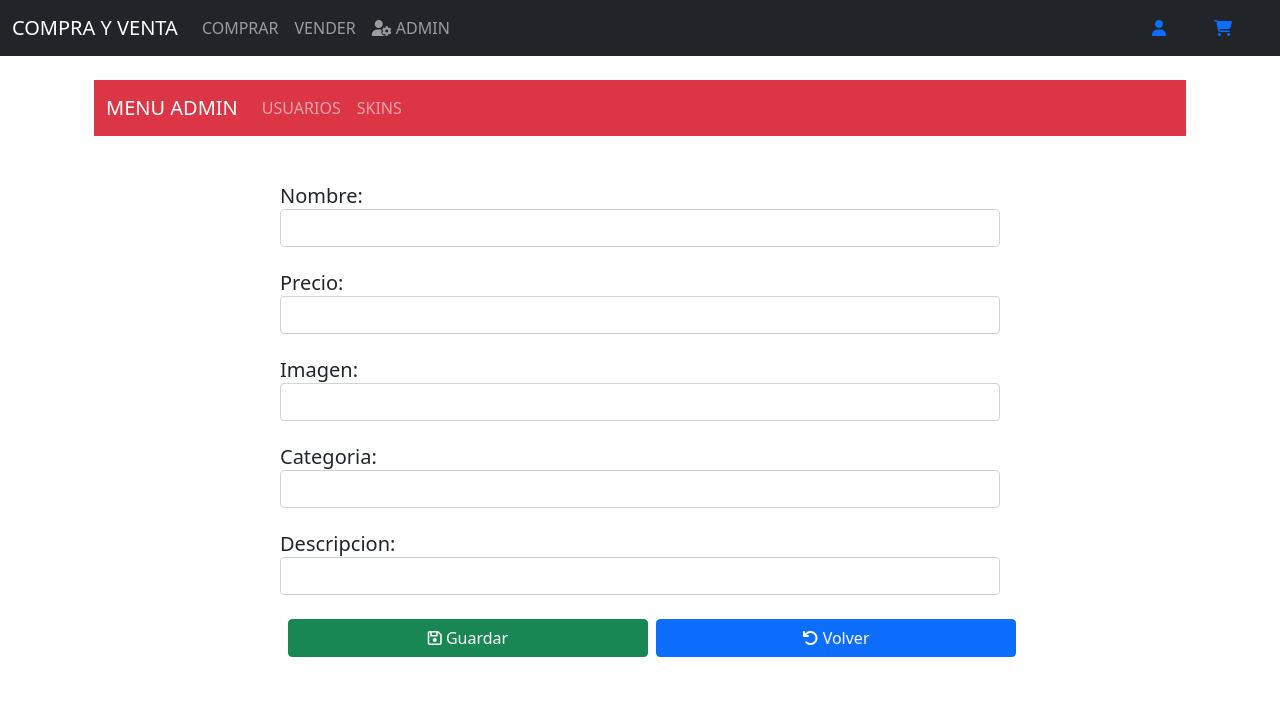
Repository: raultg98/compraYventaSkins
Page: src/views/admin/edit.ejs
These files come from the project's save history. The page is drawn as it stood at one moment and after the next save; the edit follows.
The browser window is 1280 px wide. The pictures show the whole page.
Some web libraries are served in a nearby version. The page is served by the project's Node server (src/app.js). The template is opened directly, without the code that normally fills it, so the values that code supplies are empty.

Above is the page before, as saved 2021-06-01 19:04:58.

After the next save:
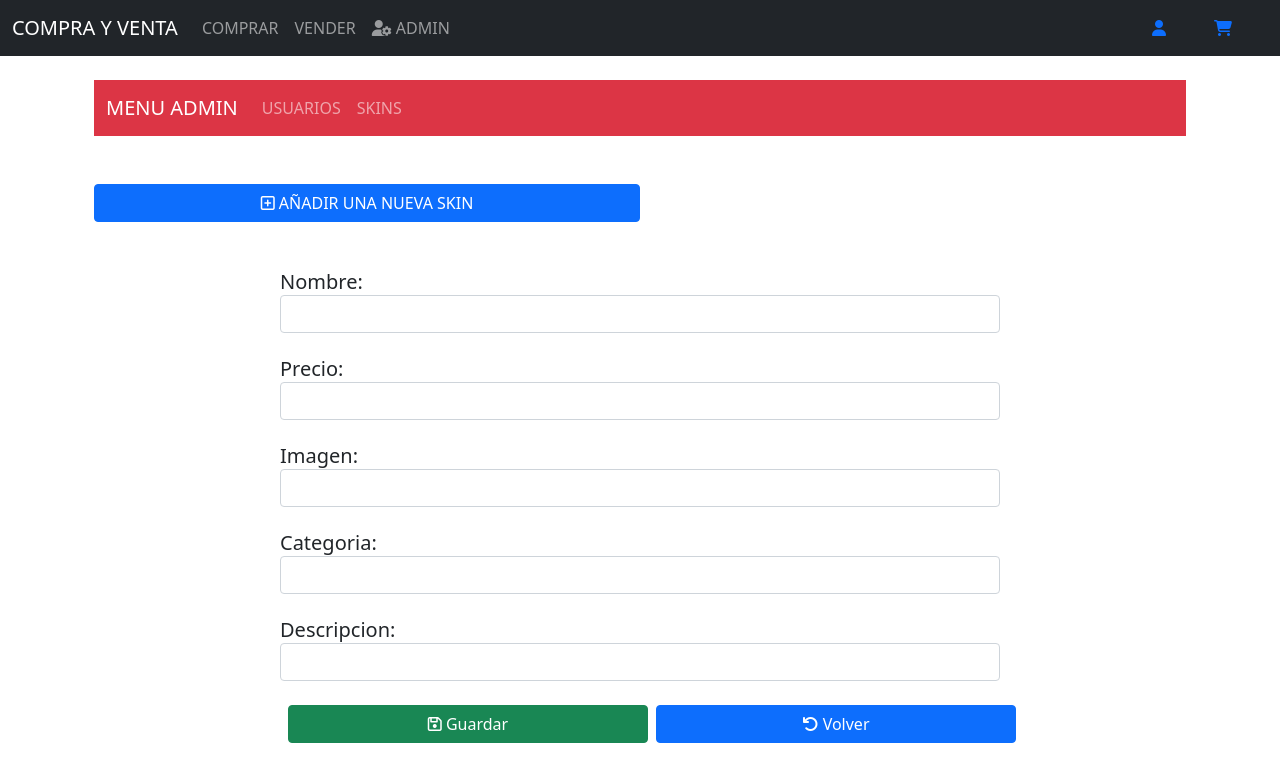
Saved 110 s later.
--- a/src/views/admin/edit.ejs
+++ b/src/views/admin/edit.ejs
@@ -5,6 +5,12 @@
 
 <div class="container p-4">
     <%- include('navbarAdmin.ejs')  %>
+</div>
+
+<div class="container p-4">
+    <a href="/skins/create" class="btn btn-primary btn-block text-white  col-md-6 col-12">
+        <i class="far fa-plus-square"></i> AÑADIR UNA NUEVA SKIN
+    </a>
 </div>
 
 <div class="container p-4">
